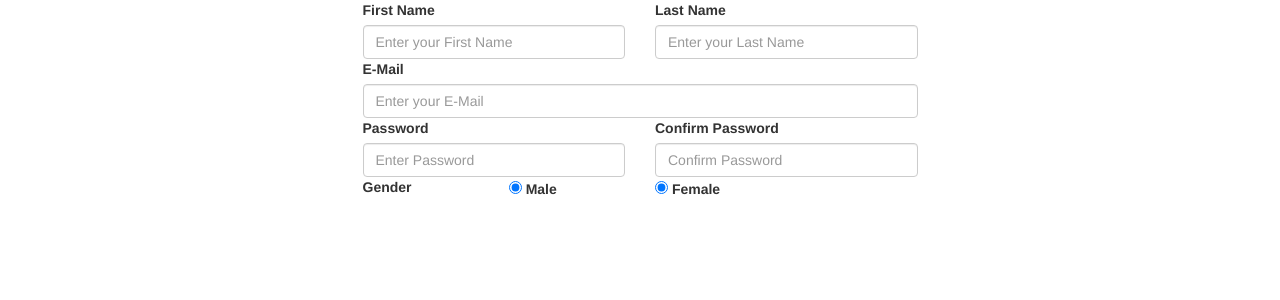
Repository: MoulicaSudamalla161/Tweet
Page: http://localhost/TweetApplication/Registration.jsp
The author's editor kept a copy of each file at every save. The page is drawn from the files as they stood at one save, then again after the next save.
The browser window is 1280 px wide. The pictures show the whole page.
The page is served by Tomcat 9. Other server files are loaded and not shown.

Above is the page before, as saved 2021-03-02 07:13:43.

### TweetApplication/WebContent/Registration.jsp
<%@ page language="java" contentType="text/html; charset=ISO-8859-1"
    pageEncoding="ISO-8859-1"%>
<!DOCTYPE html>
<html>
<head>
<meta charset="ISO-8859-1">
<title>Registration Page </title>
<link rel="stylesheet" href="https://maxcdn.bootstrapcdn.com/bootstrap/3.4.1/css/bootstrap.min.css">
<script src="https://ajax.googleapis.com/ajax/libs/jquery/3.5.1/jquery.min.js"></script>
<script src="https://maxcdn.bootstrapcdn.com/bootstrap/3.4.1/js/bootstrap.min.js"></script>
</head>
<body>
 <div class="container">
   <div class="row">
      <div class="col-lg-3"></div>
      <div class="col-lg-6">
        <div id="ui">
           <form action="" class="form-group">
             <div class="row">
               <div class="col-lg-6">
                 <label>First Name</label>
                 <input type="text" name="firstname" class="form-control" placeholder="Enter your First Name">
               </div>
               <div class="col-lg-6">
                 <label>Last Name</label>
                 <input type="text" name="lastname" class="form-control"  placeholder="Enter your Last Name">
               </div>
             </div>
              <label>E-Mail</label>
                 <input type="text" name="email" class="form-control"  placeholder="Enter your E-Mail">
              <div class="row">
               <div class="col-lg-6">
                 <label>Password</label>
                 <input type="text" name="password" class="form-control" placeholder="Enter Password">
               </div>
               <div class="col-lg-6">
                 <label>Confirm Password</label>
                 <input type="text" name="cpassword" class="form-control"  placeholder="Confirm Password">
               </div>
             </div>

           <div class="row">
              <div class="col-lg-3">
                <label>Gender</label>
              </div>

               <div class="col-lg-3">
                <div class="form-check form-check-inline">
                  <input class="form-check-input" type="radio" name="male" id="exampleRadios1" value="Male" checked>
                  <label class="form-check-label" for="exampleRadios1">Male</label>
                </div>
               </div>
               <div class="col-lg-3">
                <div class="form-check form-check-inline">
                  <input class="form-check-input" type="radio" name="female" id="exampleRadios1" value="Female" checked>
                  <label class="form-check-label" for="exampleRadios1">Female</label>
                </div>
               </div>


             </div>

           </form>
        </div>

      </div>

      <div class="col-lg-3"></div>
   </div>
 </div>
</body>
</html>

After the next save:
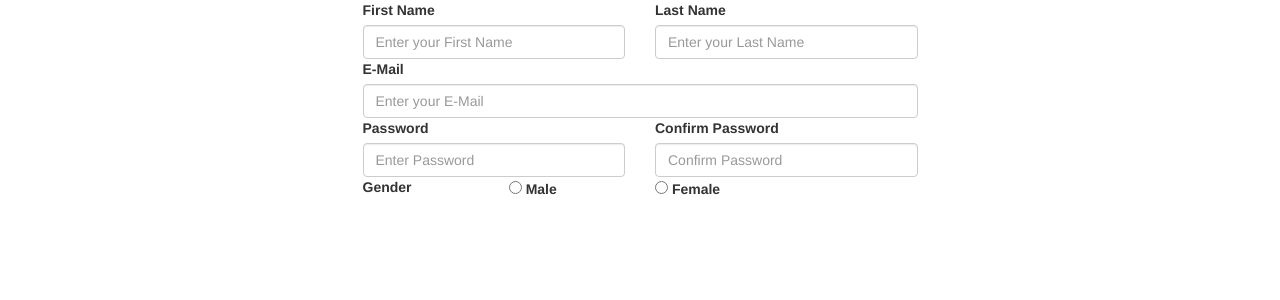
Saved 51 s later.
--- a/TweetApplication/WebContent/Registration.jsp
+++ b/TweetApplication/WebContent/Registration.jsp
@@ -46,14 +46,14 @@
 
                <div class="col-lg-3">
                 <div class="form-check form-check-inline">
-                  <input class="form-check-input" type="radio" name="male" id="exampleRadios1" value="Male" checked>
+                  <input class="form-check-input" type="radio" name="male" id="Radio1" value="Male" >
                   <label class="form-check-label" for="exampleRadios1">Male</label>
                 </div>
                </div>
                <div class="col-lg-3">
                 <div class="form-check form-check-inline">
-                  <input class="form-check-input" type="radio" name="female" id="exampleRadios1" value="Female" checked>
-                  <label class="form-check-label" for="exampleRadios1">Female</label>
+                  <input class="form-check-input" type="radio" name="female" id="Radio2" value="Female" >
+                  <label class="form-check-label" for="exampleRadios2">Female</label>
                 </div>
                </div>
 
